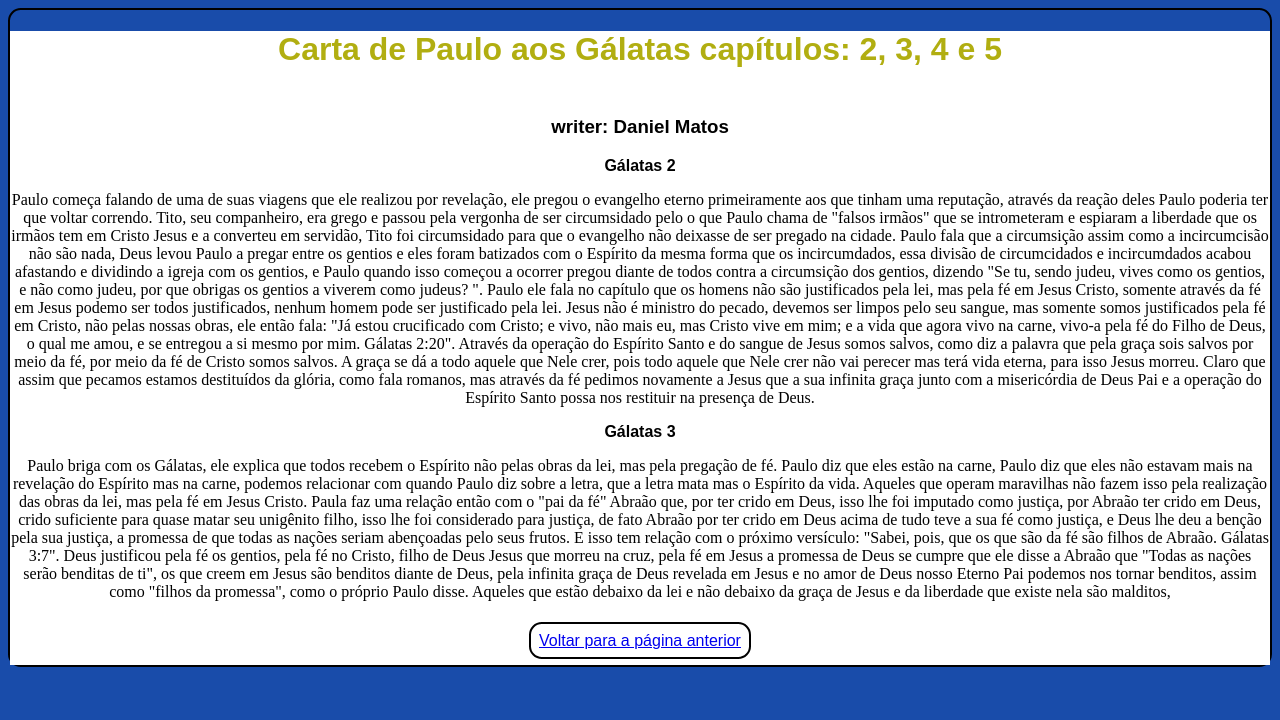
Repository: batmit/FutureFundation.github.io-1
Page: menu/articles/cristianism/importantchapters/galatians.html
An editor plug-in stored every save of this project. The page is shown before and after the next save, followed by the edit.
The browser window is 1280 px wide. The pictures show the whole page.

Above is the page before, as saved 2021-07-12 11:57:43.

After the next save:
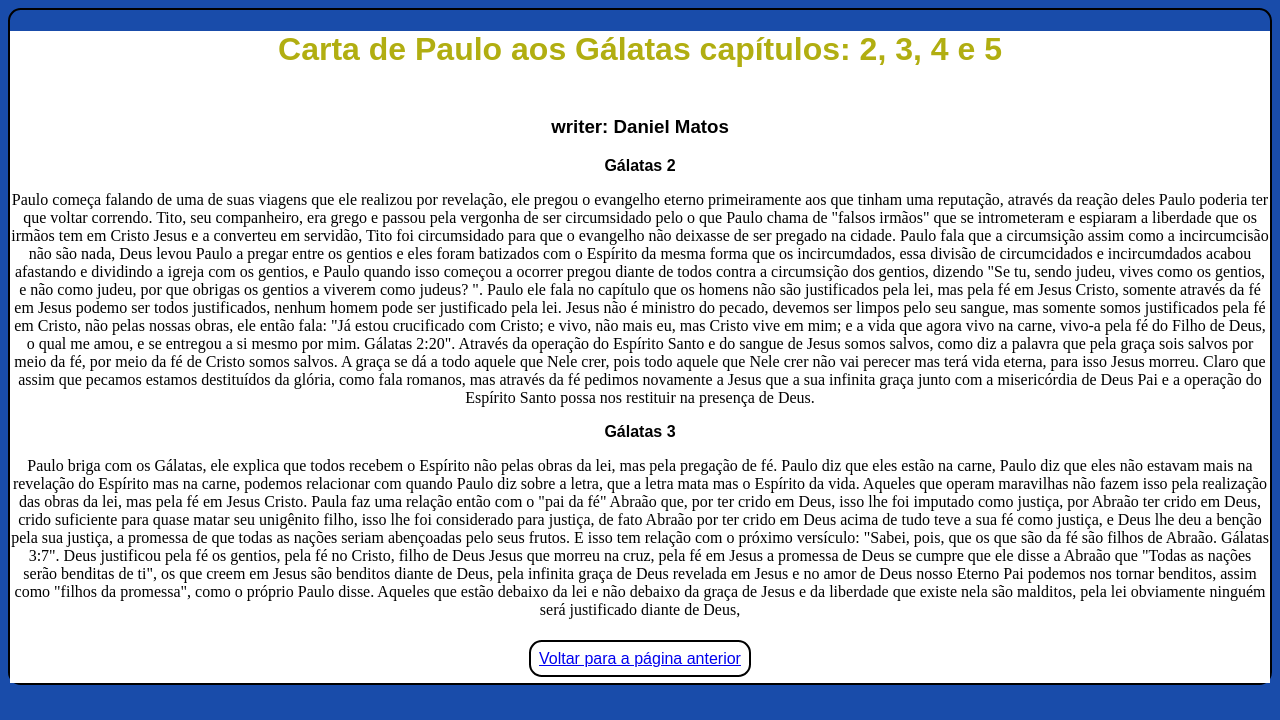
Saved 20 s later.
--- a/menu/articles/cristianism/importantchapters/galatians.html
+++ b/menu/articles/cristianism/importantchapters/galatians.html
@@ -28,7 +28,7 @@
 
     <p>Paulo briga com os Gálatas, ele explica que todos recebem o Espírito não pelas obras da lei, mas pela pregação de fé. Paulo diz que eles estão na carne, Paulo diz que eles não estavam mais na revelação do Espírito mas na carne, podemos relacionar com quando Paulo diz sobre a letra, que a letra mata mas o Espírito da vida. Aqueles que operam maravilhas não fazem isso pela realização das obras da lei, mas pela fé em Jesus Cristo. Paula faz uma relação então com o "pai da fé" Abraão que, por ter crido em Deus, isso lhe foi imputado como justiça, por Abraão ter crido em Deus, crido suficiente para quase matar seu unigênito filho, isso lhe foi considerado para justiça, de fato Abraão por ter crido em Deus acima de tudo teve a sua fé como justiça, e Deus lhe deu a benção pela sua justiça, a promessa de que todas as nações seriam abençoadas pelo seus frutos. E isso tem relação com o próximo versículo: "Sabei, pois, que os que são da fé são filhos de Abraão.
 
-        Gálatas 3:7". Deus justificou pela fé os gentios, pela fé no Cristo, filho de Deus Jesus que morreu na cruz, pela fé em Jesus a promessa de Deus se cumpre que ele disse a Abraão que "Todas as nações serão benditas de ti", os que creem em Jesus são benditos diante de Deus, pela infinita graça de Deus revelada em Jesus e no amor de Deus nosso Eterno Pai podemos nos tornar benditos, assim como "filhos da promessa", como o próprio Paulo disse. Aqueles que estão debaixo da lei e não debaixo da graça de Jesus e da liberdade que existe nela são malditos, </p>
+        Gálatas 3:7". Deus justificou pela fé os gentios, pela fé no Cristo, filho de Deus Jesus que morreu na cruz, pela fé em Jesus a promessa de Deus se cumpre que ele disse a Abraão que "Todas as nações serão benditas de ti", os que creem em Jesus são benditos diante de Deus, pela infinita graça de Deus revelada em Jesus e no amor de Deus nosso Eterno Pai podemos nos tornar benditos, assim como "filhos da promessa", como o próprio Paulo disse. Aqueles que estão debaixo da lei e não debaixo da graça de Jesus e da liberdade que existe nela são malditos, pela lei obviamente ninguém será justificado diante de Deus, </p>
 
         <a href="/menu/articles/cristianism/chaptersimportant.html">Voltar para a página anterior</a>
     </div>
